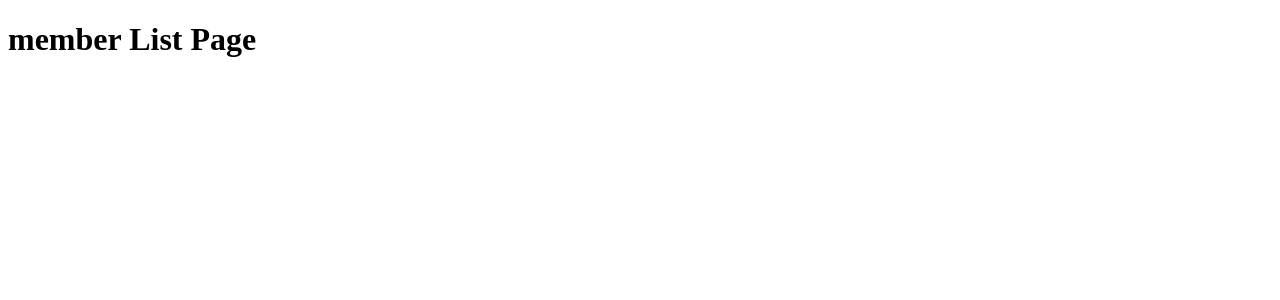
Repository: hwimi/2024-04-12-01
Page: http://localhost/jsp_study/member/list.jsp
An editor plug-in stored every save of this project. The page is shown before and after a run of saves, followed by the edit.
The browser window is 1280 px wide. The pictures show the whole page.
The page is served by Tomcat 9.

Above is the page before, as saved 2024-04-15 06:40:29.

After the next 2 saves:
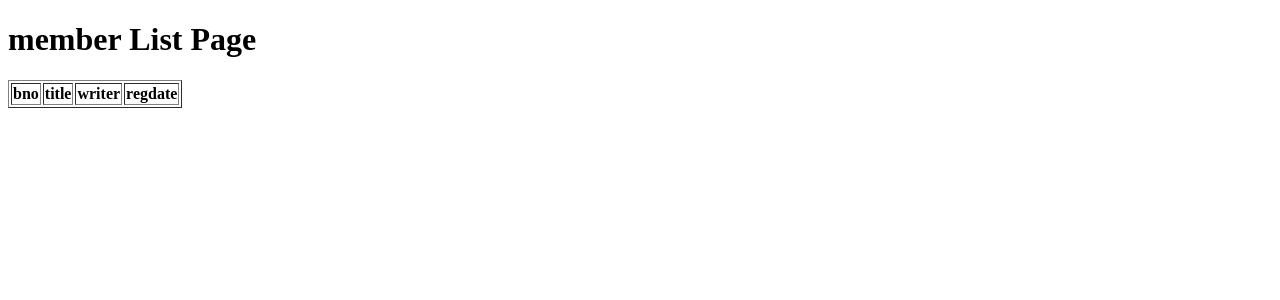
The 2 saves are shown as one change because they came seconds apart.
The last was saved 9 min 39 s later.
--- a/jsp_study/src/main/webapp/member/list.jsp
+++ b/jsp_study/src/main/webapp/member/list.jsp
@@ -8,5 +8,13 @@
 </head>
 <body>
 	<h1>member List Page</h1>
+
+	<table border="1">
+	<tr>
+	<th>bno</th>
+	<th>title</th>
+	<th>writer</th>
+	<th>regdate</th>
+	</tr>
 </body>
 </html>
